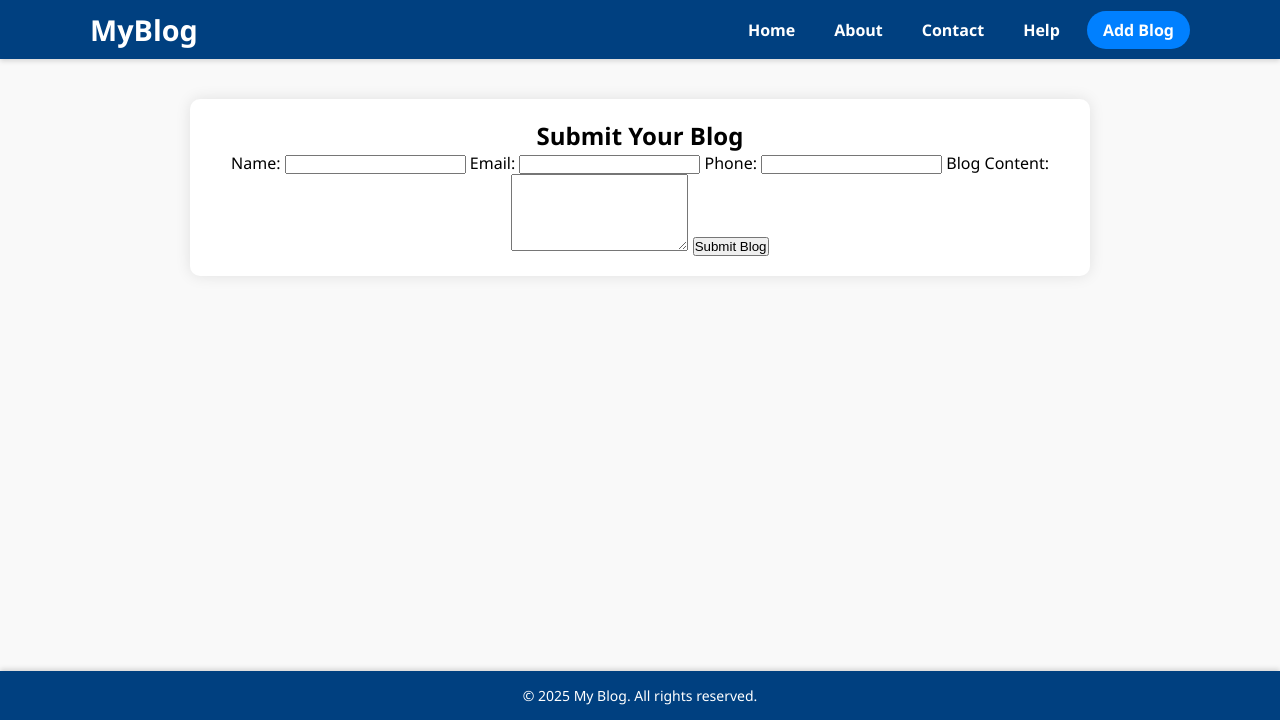
Repository: ankitg-02/FLASK
Page: http://localhost/add_blog
These files come from the project's save history. The page is drawn as it stood at one moment and after the next save; the edit follows.
The browser window is 1280 px wide. The pictures show the whole page.
The page is served by the project's application, run on Flask 3 (app.py).

Above is the page before, as saved 2025-05-19 14:36:53.

### Project2/templates/add_blog.html
{% extends 'base.html' %} {% block title %}Add Blog - My Blog{% endblock %} {%
block content %}
<div class="form-container">
  <h2>Submit Your Blog</h2>
  <form
    method="POST"
    action="/add_blog"
    class="blog-form"
    onsubmit="return validateForm()"
  >
    <label>Name:</label>
    <input type="text" name="name" required />

    <label>Email:</label>
    <input type="email" name="email" required />

    <label>Phone:</label>
    <input type="tel" name="phone" pattern="[0-9]{10}" required />

    <label>Blog Content:</label>
    <textarea name="content" rows="5" required></textarea>

    <button type="submit">Submit Blog</button>
  </form>
</div>

<script>
  function validateForm() {
    alert("Thank you! Your blog has been submitted.");
    return true;
  }
</script>
{% endblock %}

### Project2/templates/base.html
<!DOCTYPE html>
<html lang="en">
  <head>
    <meta charset="UTF-8" />
    <title>{% block title %}My Blog{% endblock %}</title>
    <link
      rel="stylesheet"
      href="{{ url_for('static', filename='css/style.css') }}"
    />
    <meta name="viewport" content="width=device-width, initial-scale=1" />
  </head>
  <body>
    <nav class="navbar">
      <div class="nav-container">
        <a href="{{ url_for('index') }}" class="nav-logo">MyBlog</a>
        <ul class="nav-menu" id="nav-menu">
          <li><a href="{{ url_for('index') }}" class="nav-link">Home</a></li>
          <li><a href="{{ url_for('about') }}" class="nav-link">About</a></li>
          <li>
            <a href="{{ url_for('contact') }}" class="nav-link">Contact</a>
          </li>
          <li><a href="{{ url_for('help') }}" class="nav-link">Help</a></li>
          <li>
            <a href="{{ url_for('add_blog') }}" class="nav-link nav-link-button"
              >Add Blog</a
            >
          </li>
        </ul>
        <div class="nav-toggle" id="nav-toggle">
          <span></span>
          <span></span>
          <span></span>
        </div>
      </div>
    </nav>

    <main>{% block content %}{% endblock %}</main>

    <footer>
      <div class="footer">
        <p>&copy; 2025 My Blog. All rights reserved.</p>
      </div>
    </footer>

    <script>
      const navToggle = document.getElementById("nav-toggle");
      const navMenu = document.getElementById("nav-menu");

      navToggle.addEventListener("click", () => {
        navMenu.classList.toggle("nav-menu_visible");
        navToggle.classList.toggle("nav-toggle_active");
      });
    </script>
  </body>
</html>

### Project2/app.py
from flask import Flask, render_template, request, redirect, url_for
from flask_sqlalchemy import SQLAlchemy
import os

app = Flask(__name__)
blogs = []
@app.route('/')
def index():
    return render_template('index.html', blogs=blogs)
@app.route('/about')
def about():
    return render_template('about.html')
@app.route('/contact')
def contact():
    return render_template('contact.html')
@app.route('/help')
def help():
    return render_template('help.html')
@app.route('/add_blog', methods=['GET', 'POST'])
def add_blog():
    if request.method == 'POST':
        # Get data from form
        name = request.form.get('name')
        email = request.form.get('email')
        phone = request.form.get('phone')
        content = request.form.get('content')

        # Save the blog entry
        blogs.append({
            'name': name,
            'email': email,
            'phone': phone,
            'content': content
        })

        return redirect(url_for('index'))

    return render_template('add_blog.html')
if __name__ == '__main__':
    app.run(debug=True)
    app.config['SQLALCHEMY_DATABASE_URI'] = os.getenv("DATABASE_URL", "sqlite:///local.db")
    app.config['SQLALCHEMY_TRACK_MODIFICATIONS'] = False
    db = SQLAlchemy(app)

class Blog(db.Model):
    id = db.Column(db.Integer, primary_key=True)
    name = db.Column(db.String(100))
    email = db.Column(db.String(120))
    phone = db.Column(db.String(15))
    content = db.Column(db.Text)

### Project2/static/css/style.css
/* Reset */
* {
  margin: 0;
  padding: 0;
  box-sizing: border-box;
}

main {
  max-width: 900px;        /* limit content width */
  margin: 40px auto;       /* center horizontally with some vertical spacing */
  padding: 20px;
  text-align: center;      /* center all text inside main */
  background-color: #fff;  /* optional: white background for contrast */
  border-radius: 10px;     /* optional: rounded corners */
  box-shadow: 0 0 15px rgba(0,0,0,0.1);  /* subtle shadow */
}


body {
  font-family: 'Segoe UI', Tahoma, Geneva, Verdana, sans-serif;
  background-color: #f9f9f9;
}

/* Navbar container */
.navbar {
  background-color: #004080;
  padding: 10px 20px;
  box-shadow: 0 2px 5px rgba(0,0,0,0.15);
  position: sticky;
  top: 0;
  z-index: 1000;
}

.nav-container {
  max-width: 1100px;
  margin: auto;
  display: flex;
  justify-content: space-between;
  align-items: center;
}

/* Logo */
.nav-logo {
  color: #fff;
  font-size: 1.8rem;
  font-weight: bold;
  text-decoration: none;
}

/* Menu */
.nav-menu {
  list-style: none;
  display: flex;
  gap: 15px;
}

.nav-menu li {
  /* no extra style */
}

.nav-link {
  color: #fff;
  text-decoration: none;
  font-weight: 600;
  padding: 8px 12px;
  border-radius: 4px;
  transition: background-color 0.3s ease;
}

.nav-link:hover {
  background-color: #002f5f;
}

/* Special button style for Add Blog */
.nav-link-button {
  background-color: #0080ff;
  padding: 8px 16px;
  border-radius: 25px;
}

.nav-link-button:hover {
  background-color: #005bb5;
}

/* Hamburger menu toggle button - hidden on desktop */
.nav-toggle {
  display: none;
  flex-direction: column;
  cursor: pointer;
  gap: 5px;
}

.nav-toggle span {
  display: block;
  width: 25px;
  height: 3px;
  background-color: white;
  border-radius: 3px;
  transition: 0.3s;
}

/* Hamburger active animation */
.nav-toggle_active span:nth-child(1) {
  transform: rotate(45deg) translate(5px, 5px);
}

.nav-toggle_active span:nth-child(2) {
  opacity: 0;
}

.nav-toggle_active span:nth-child(3) {
  transform: rotate(-45deg) translate(5px, -5px);
}

/* Responsive - mobile styles */
@media (max-width: 768px) {
  .nav-toggle {
    display: flex;
  }

  .nav-menu {
    position: absolute;
    top: 58px;
    right: 0;
    background-color: #004080;
    flex-direction: column;
    width: 200px;
    padding: 15px 0;
    border-radius: 0 0 0 10px;
    box-shadow: 0 4px 8px rgba(0,0,0,0.2);
    opacity: 0;
    pointer-events: none;
    transform: translateX(100%);
    transition: transform 0.3s ease, opacity 0.3s ease;
  }

  .nav-menu.nav-menu_visible {
    opacity: 1;
    pointer-events: auto;
    transform: translateX(0);
  }

  .nav-menu li {
    margin: 10px 0;
    text-align: center;
  }
}
/* Footer styling */
footer {
  background-color: #004080;
  color: #ffffff;
  text-align: center;
  padding: 15px 20px;
  position: fixed;
  bottom: 0;
  width: 100%;
  font-size: 14px;
  box-shadow: 0 -2px 5px rgba(0, 0, 0, 0.15);
  z-index: 999;
}

.footer p {
  margin: 0;
}

After the next save:
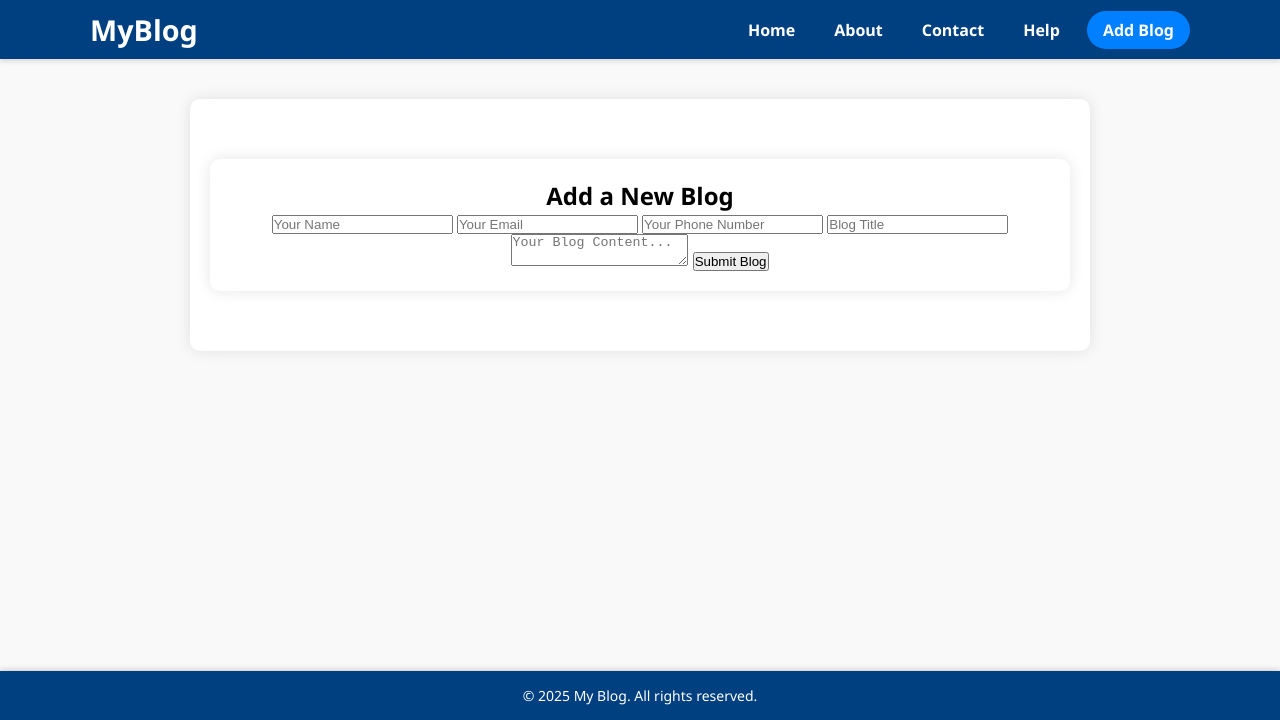
Saved 34 min 59 s later.
--- a/Project2/templates/add_blog.html
+++ b/Project2/templates/add_blog.html
@@ -1,33 +1,51 @@
-{% extends 'base.html' %} {% block title %}Add Blog - My Blog{% endblock %} {%
-block content %}
-<div class="form-container">
-  <h2>Submit Your Blog</h2>
-  <form
-    method="POST"
-    action="/add_blog"
-    class="blog-form"
-    onsubmit="return validateForm()"
-  >
-    <label>Name:</label>
-    <input type="text" name="name" required />
-
-    <label>Email:</label>
-    <input type="email" name="email" required />
-
-    <label>Phone:</label>
-    <input type="tel" name="phone" pattern="[0-9]{10}" required />
-
-    <label>Blog Content:</label>
-    <textarea name="content" rows="5" required></textarea>
-
+{% extends 'base.html' %} {% block title %}Add Blog{% endblock %} {% block
+content %}
+<main class="form-container">
+  <h2>Add a New Blog</h2>
+  <form method="POST" action="{{ url_for('add_blog') }}">
+    <input type="text" name="name" placeholder="Your Name" required />
+    <input type="email" name="email" placeholder="Your Email" required />
+    <input type="tel" name="phone" placeholder="Your Phone Number" required />
+    <input type="text" name="title" placeholder="Blog Title" required />
+    <textarea
+      name="content"
+      placeholder="Your Blog Content..."
+      required
+    ></textarea>
     <button type="submit">Submit Blog</button>
   </form>
-</div>
+</main>
 
 <script>
-  function validateForm() {
-    alert("Thank you! Your blog has been submitted.");
-    return true;
-  }
+  document.querySelector("form").addEventListener("submit", function (e) {
+    const name = document.querySelector("input[name='name']").value.trim();
+    const email = document.querySelector("input[name='email']").value.trim();
+    const phone = document.querySelector("input[name='phone']").value.trim();
+    const title = document.querySelector("input[name='title']").value.trim();
+    const content = document
+      .querySelector("textarea[name='content']")
+      .value.trim();
+
+    const emailRegex = /^[^\s@]+@[^\s@]+\.[^\s@]+$/;
+    const phoneRegex = /^[0-9]{10}$/;
+
+    if (!name || !email || !phone || !title || !content) {
+      alert("All fields are required!");
+      e.preventDefault();
+      return;
+    }
+
+    if (!emailRegex.test(email)) {
+      alert("Please enter a valid email address.");
+      e.preventDefault();
+      return;
+    }
+
+    if (!phoneRegex.test(phone)) {
+      alert("Please enter a valid 10-digit phone number.");
+      e.preventDefault();
+      return;
+    }
+  });
 </script>
 {% endblock %}
